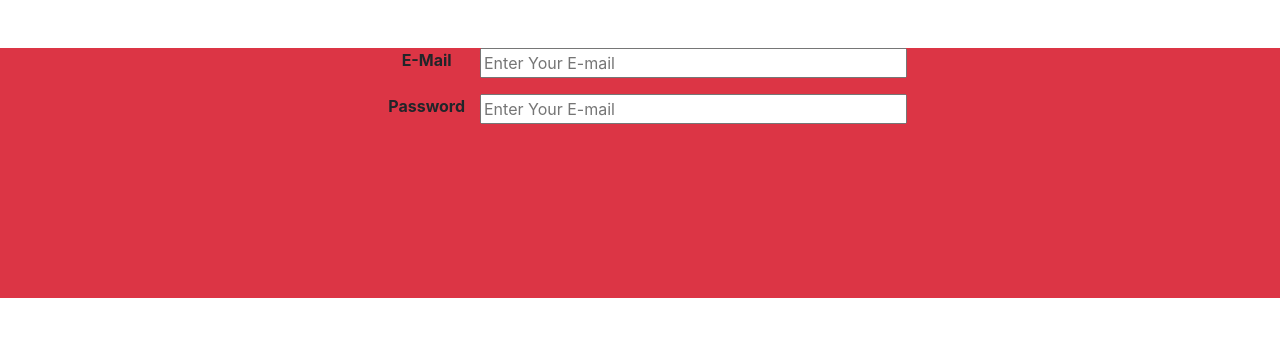
Repository: mariamkhaledsapra/E-Commerce-main
Page: /login
The author's editor kept a copy of each file at every save. The page is drawn from the files as they stood at one save, then again after the next save.
The browser window is 1280 px wide. The pictures show the whole page.
The project was rebuilt for these pictures with package versions that can differ from the ones it lists, and the page was loaded fresh each time. Also part of the build but not shown: src/components/Navbar.jsx.

Above is the page before, as saved 2024-02-13 21:40:29.

### public/index.html
<!DOCTYPE html>
<html lang="en">
  <head>
    <meta charset="utf-8" />
    <link rel="icon" href="%PUBLIC_URL%/favicon.ico" />
    <meta name="viewport" content="width=device-width, initial-scale=1" />
    <meta name="theme-color" content="#000000" />
    <meta
      name="description"
      content="Web site created using create-react-app"
    />
    <link href="https://cdn.jsdelivr.net/npm/bootstrap@5.1.3/dist/css/bootstrap.min.css" rel="stylesheet" integrity="sha384-1BmE4kWBq78iYhFldvKuhfTAU6auU8tT94WrHftjDbrCEXSU1oBoqyl2QvZ6jIW3" crossorigin="anonymous">

    <title>React App</title>
  </head>
  <body>
    <div id="root"></div>
  </body>
</html>

### src/index.js
import React from "react";
import ReactDOM from "react-dom/client";
import "./index.css";
import App from "./App";
import reportWebVitals from "./reportWebVitals";
import { createBrowserRouter, RouterProvider } from "react-router-dom";
import Login from "./components/Login";
import Navbar from "./components/Navbar";

const Routes = createBrowserRouter([
  {
    path: "/",
    element: <App />,
    children: [
      {
        index:true,
        element: <Navbar />,
      },
      {
        path: "/login",
        element: <Login />,
      },
    ],
  },
]);

const root = ReactDOM.createRoot(document.getElementById("root"));
root.render(
  <RouterProvider router={Routes}>
    <App />
  </RouterProvider>
);

reportWebVitals();

### src/App.js
import logo from './logo.svg';
import './App.css';
import Navbar from './components/Navbar';
import { Outlet } from 'react-router-dom';

function App() {
  return (
    <div className="App">
      <Outlet/>
    </div>
  );
}

export default App;

### src/components/Login.jsx
import React from "react";

const Login = () => {
  return (
    <div className="bg-danger  mt-5" style={{ height: "250px" }}>
      {" "}
      <div className="mb-3  d-flex justify-content-center">
        <label className="fw-bolder col-1">E-Mail</label>
        <div className="col-4">
          <input type="email" placeholder="Enter Your E-mail" className="w-100"/>
        </div>
      </div>
      <div className="mb-3  d-flex justify-content-center">
        <label className="fw-bolder col-1">Password</label>
        <div className="col-4">
          <input type="password" placeholder="Enter Your E-mail" className={"w-100"}/>
        </div>
      </div>

    </div>
  );
};

export default Login;

Loaded but not shown: src/index.css (common file); src/reportWebVitals.js (common file); src/App.css (common file)

After the next save:
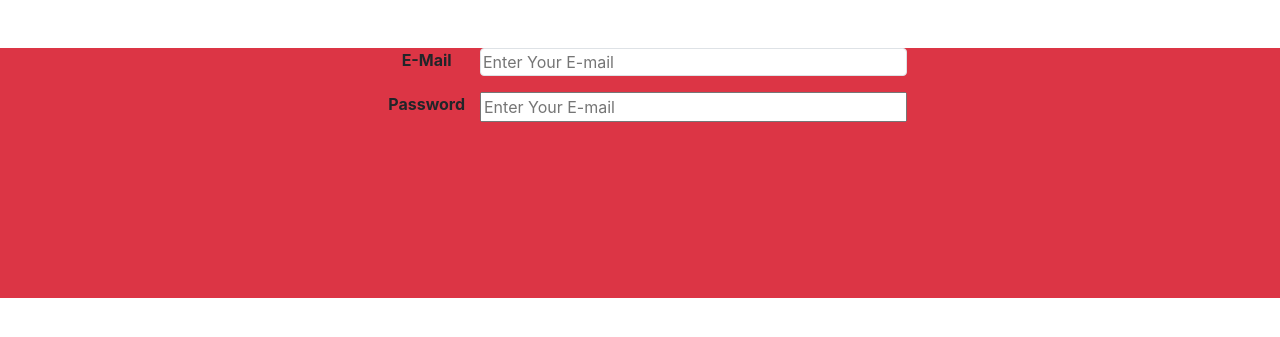
Saved 5 s later.
--- a/src/components/Login.jsx
+++ b/src/components/Login.jsx
@@ -7,7 +7,7 @@ const Login = () => {
       <div className="mb-3  d-flex justify-content-center">
         <label className="fw-bolder col-1">E-Mail</label>
         <div className="col-4">
-          <input type="email" placeholder="Enter Your E-mail" className="w-100"/>
+          <input type="email" placeholder="Enter Your E-mail" className="w-100 border rounded"/>
         </div>
       </div>
       <div className="mb-3  d-flex justify-content-center">
